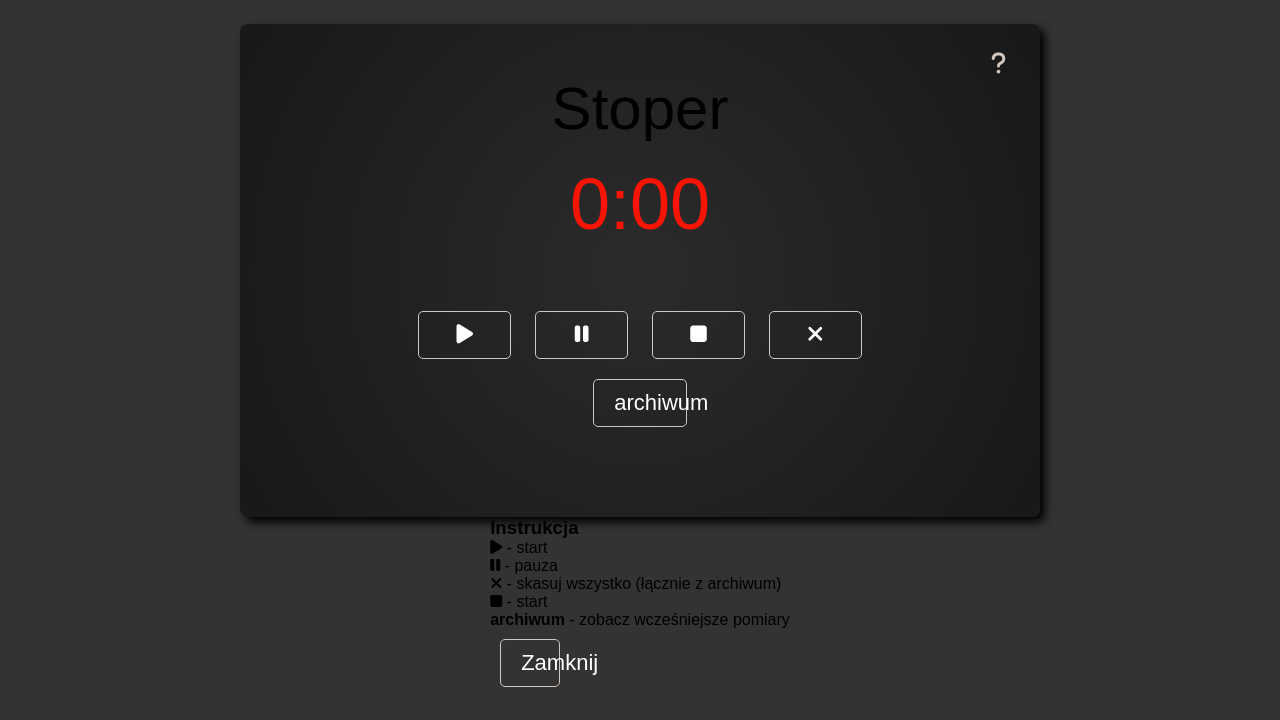
Repository: KrzysKolo/Projekt-5_Stoper
Page: index.html
The author's editor kept a copy of each file at every save. The page is drawn from the files as they stood at one save, then again after the next save.
The browser window is 1280 px wide. The pictures show the whole page.
Some web fonts or font styles are not loaded; a fallback is used. Some web libraries are served in a nearby version.

Above is the page before, as saved 2020-07-05 17:18:33.

### index.html
<!DOCTYPE html>
<html lang="en">
  <head>
    <meta charset="UTF-8" />
    <meta name="viewport" content="width=device-width, initial-scale=1.0" />
    <title>Stoper</title>
    <script
      src="https://kit.fontawesome.com/21efeaf281.js"
      crossorigin="anonymous"
    ></script>
    <link
      href="https://fonts.googleapis.com/css2?family=Montserrat+Subrayada&display=swap"
      rel="stylesheet"
    />
    <link rel="stylesheet" href="./css/style.css" />
  </head>
  <body>
    <div class="wrapper">
      <p class="info">
        <i class="fa fa-question" aria-hidden="true"></i>
      </p>
      <h1>Stoper</h1>
      <p class="stopwatch">0:00</p>
      <p class="time">0:00</p>

      <div class="buttons">
        <button class="start"><i class="fas fa-play"></i></button>
        <button class="pouse"><i class="fas fa-pause"></i></button>
        <button class="stop"><i class="fas fa-stop"></i></button>
        <button class="restart"><i class="fas fa-times"></i></button>
        <button class="history">archiwum</button>
      </div>
      <ul class="time-list"></ul>
    </div>
    <div class="modal-shadow">
      <div class="modal"></div>
      <h3>Instrukcja</h3>
      <p><i class="fas fa-play"></i> - start</p>
      <p><i class="fas fa-pause"></i> - pauza</p>
      <p><i class="fas fa-times"></i> - skasuj wszystko (łącznie z archiwum)</p>
      <p><i class="fas fa-stop"></i> - start</p>
      <p><strong>archiwum</strong> - zobacz wcześniejsze pomiary</p>
      <button class="close">Zamknij</button>
    </div>
    <script src="./js/index.js"></script>
  </body>
</html>

### css/style.css
* {
  box-sizing: border-box;
  padding: 0;
  margin: 0;
}
:root {
  --first-color: #fa1406;
  --second-color: #d2c7be;
}
body {
  display: flex;
  justify-content: center;
  align-items: center;
  flex-direction: column;
  min-height: 100vh;
  font-family: "Montserrat Subrayada", sans-serif;
  background-color: #333333;
}
.wrapper {
  position: relative;
  display: flex;
  justify-content: center;
  align-items: center;
  flex-direction: column;
  padding: 50px;
  width: 800px;
  background-image: radial-gradient(
    circle,
    rgb(43, 43, 43) 0%,
    rgb(25, 25, 25) 93%
  );
  border-radius: 8px;
  box-shadow: 5px 5px 10px black;
}
.info {
  position: absolute;
  top: 6px;
  right: 14px;
  padding: 20px;
  font-size: 24px;
  clear: both;
  color: var(--second-color);
  cursor: pointer;
  transition: color 0.3s;
}
.info:hover {
  color: var(--first-color);
}
h1 {
  margin-bottom: 20px;
  font-size: 60px;
  font-weight: lighter;
}
.stopwatch {
  font-size: 72px;
  color: var(--first-color);
}
.time {
  visibility: hidden;
  color: var(--second-color);
  font-size: 22px;
}
.buttons {
  display: flex;
  justify-content: space-around;
  flex-wrap: wrap;
  margin: 30px;
}
button {
  margin: 10px;
  padding: 10px 20px;
  width: 20%;
  color: #fff;
  font-size: 22px;
  background-color: transparent;
  border: 1px solid var(--second-color);
  border-radius: 5px;
  cursor: pointer;
  transition: background-color 0.3s;
}
button:hover,
button:focus {
  background-color: var(--first-color);
  outline: none;
}

Loaded but not shown: js/index.js (no stored copy; drawn as an empty file)

After the next save:
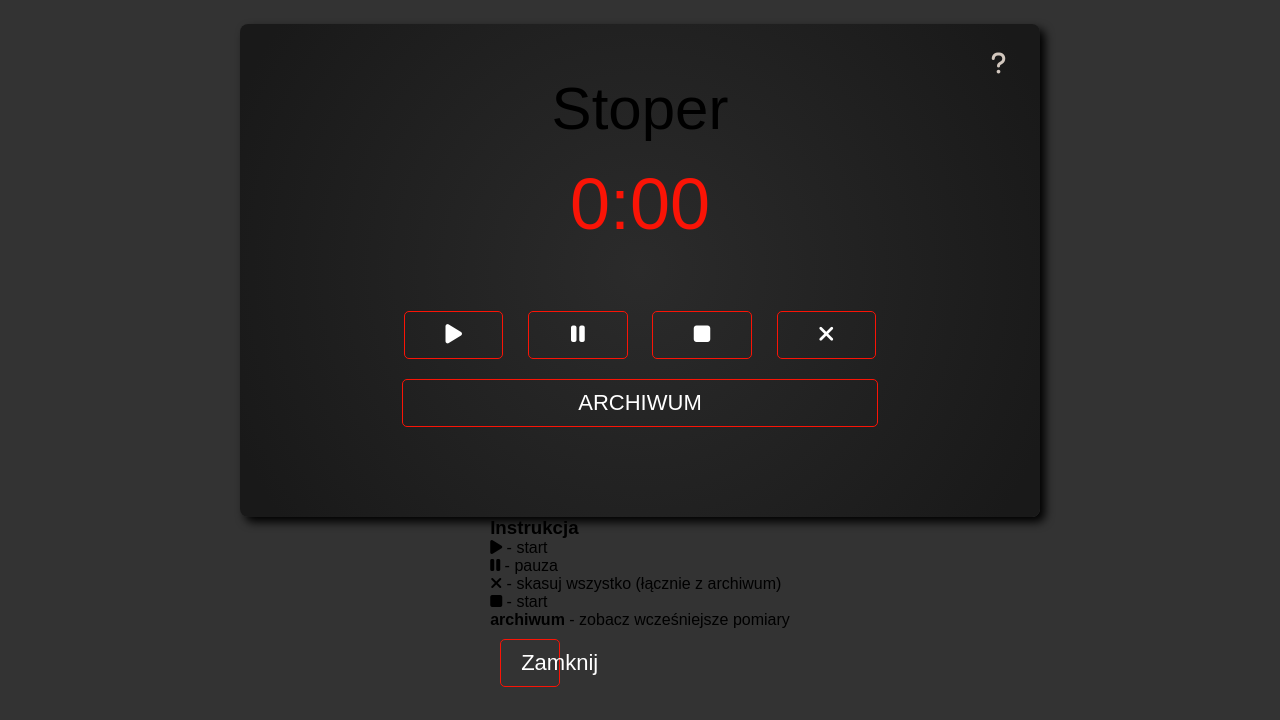
Saved 102 s later.
--- a/css/style.css
+++ b/css/style.css
@@ -73,10 +73,14 @@ button {
   color: #fff;
   font-size: 22px;
   background-color: transparent;
-  border: 1px solid var(--second-color);
+  border: 1px solid var(--first-color);
   border-radius: 5px;
   cursor: pointer;
   transition: background-color 0.3s;
+}
+.history {
+  flex-grow: 1;
+  text-transform: uppercase;
 }
 button:hover,
 button:focus {
